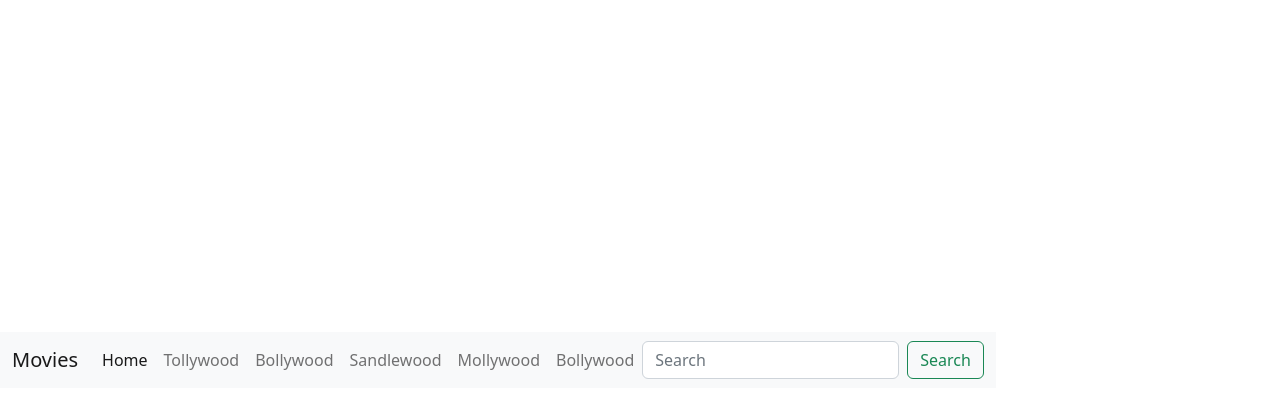
Repository: chandu7777158/Movies_spot
Page: /
These files come from the project's save history. The page is drawn as it stood at one moment and after the next save; the edit follows.
The browser window is 1280 px wide. The pictures show the whole page.
The project was rebuilt for these pictures with package versions that can differ from the ones it lists, and the page was loaded fresh each time. Also part of the build but not shown: vite.config.js.

Above is the page before, as saved 2026-01-22 10:15:51.

### index.html
<!doctype html>
<html lang="en">
  <head>
    <meta charset="UTF-8" />
    <link rel="icon" type="image/svg+xml" href="/vite.svg" />
    <meta name="viewport" content="width=device-width, initial-scale=1.0" />
    <title>movies_spot</title>
    <link href="https://cdn.jsdelivr.net/npm/bootstrap@5.2.3/dist/css/bootstrap.min.css" rel="stylesheet" integrity="sha384-rbsA2VBKQhggwzxH7pPCaAqO46MgnOM80zW1RWuH61DGLwZJEdK2Kadq2F9CUG65" crossorigin="anonymous">

  </head>
  <body>
    <script src="https://cdn.jsdelivr.net/npm/bootstrap@5.2.3/dist/js/bootstrap.bundle.min.js" integrity="sha384-kenU1KFdBIe4zVF0s0G1M5b4hcpxyD9F7jL+jjXkk+Q2h455rYXK/7HAuoJl+0I4" crossorigin="anonymous"></script>
    <div id="root"></div>
    <script type="module" src="/src/main.jsx"></script>
  </body>
</html>

### src/App.jsx
import React from 'react'
import Navbar from './components/Navbar'

export default function App() {
  return (
    <div>
      <Navbar/>
    </div>
  )
}

### src/components/Navbar.jsx
import React from 'react'

export default function Navbar() {
    return (
        <div>
            <nav class="navbar navbar-expand-lg bg-light">

                <div class="container-fluid">
                    <a class="navbar-brand" href="#">Movies</a>

                    <div class="collapse navbar-collapse" id="navbarSupportedContent">

                        <ul class="navbar-nav me-auto mb-2 mb-lg-0">
                            <li class="nav-brand">
                                <a class="nav-link active" aria-current="page" href="#">Home</a>
                            </li>
                            <li class="nav-item">
                                <a class="nav-link" href="#">Tollywood</a>
                            </li>
                            <li class="nav-item">
                                <a class="nav-link" href="#">Bollywood</a>
                            </li>
                            <li class="nav-item">
                                <a class="nav-link" href="#">Sandlewood</a>
                            </li>
                            <li class="nav-item ">
                                <a class="nav-link " href="#">Mollywood</a>
                            </li>
                            <li class="nav-item ">
                                <a class="nav-link " href="#">Bollywood</a>
                            </li>

                        </ul>
                        <form class="d-flex" role="search">
                            <input class="form-control me-2" type="search" placeholder="Search" aria-label="Search"/>
                            <button class="btn btn-outline-success" type="submit">Search</button>
                        </form>
                    </div>
                </div>
            </nav>

        </div>
    )
}

Loaded but not shown: src/main.jsx (common file); src/index.css (common file)

After the next save:
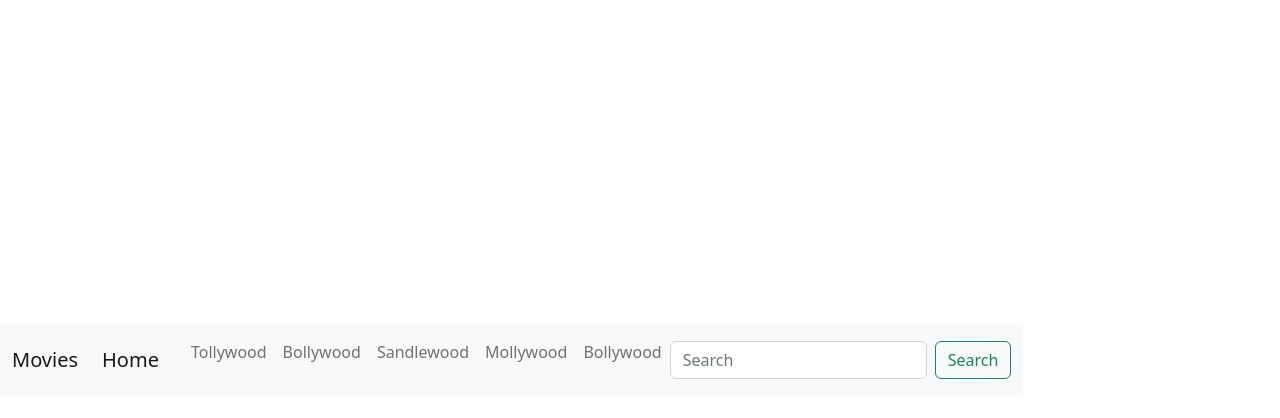
Saved 8 s later.
--- a/src/components/Navbar.jsx
+++ b/src/components/Navbar.jsx
@@ -11,7 +11,7 @@ export default function Navbar() {
                     <div class="collapse navbar-collapse" id="navbarSupportedContent">
 
                         <ul class="navbar-nav me-auto mb-2 mb-lg-0">
-                            <li class="nav-brand">
+                            <li class="navbar-brand">
                                 <a class="nav-link active" aria-current="page" href="#">Home</a>
                             </li>
                             <li class="nav-item">
